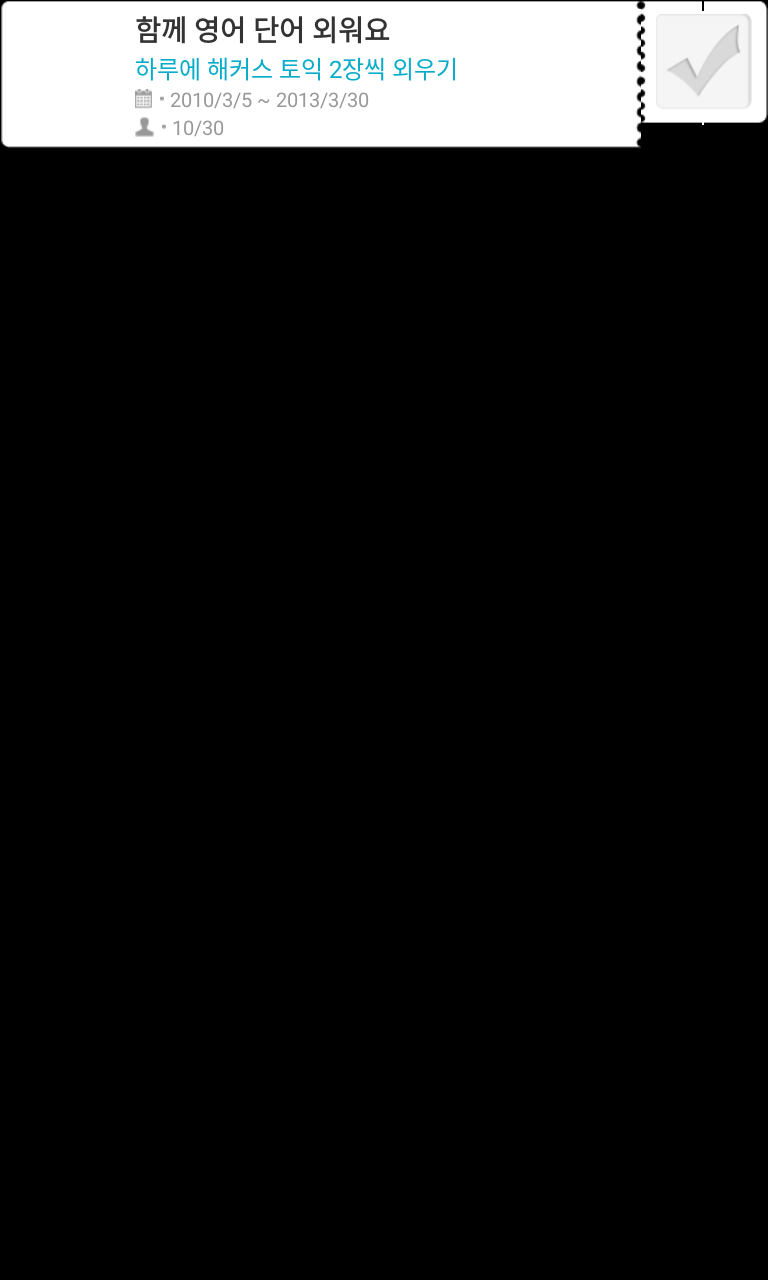
Repository: belhyun/witherest-android
Layout: Witherest/res/layout/mycheck_list_item_row.xml
The author's editor kept a copy of each file at every save. The layout is drawn from the files as they stood at one save, then again after the next save.
It is drawn on a 768 x 1280 px phone screen (xhdpi) without system bars, with theme android:Theme.Holo; the app's code is not run.

Above is the layout before, as saved 2013-07-06 09:40:07.

### Witherest/res/layout/mycheck_list_item_row.xml
<?xml version="1.0" encoding="utf-8"?>
<LinearLayout xmlns:android="http://schemas.android.com/apk/res/android"
    android:layout_width="fill_parent"
    android:layout_height="fill_parent"
    android:paddingTop="0dip"
    android:paddingBottom="0dp" >

    <RelativeLayout
        android:id="@+id/main_contaniner"
        android:layout_width="fill_parent"
        android:layout_height="wrap_content"
        android:clickable="true"
        android:padding="0dp" >

        <RelativeLayout
            android:id="@+id/mycheck_row_left_contaniner"
            android:layout_width="fill_parent"
            android:layout_height="wrap_content"
            android:layout_toLeftOf="@+id/mycheck_row_right_contaniner"
            android:background="@drawable/mycheck_list_row_on_off"
            android:clickable="true"
            android:paddingBottom="4dp"
            android:paddingTop="4dp" >

            <LinearLayout
                android:id="@+id/mycheck_row_thumbnail"
                android:layout_width="wrap_content"
                android:layout_height="wrap_content"
                android:layout_alignParentLeft="true"
                android:layout_centerVertical="true"
                android:layout_marginRight="5dip"
                android:gravity="center" >

                <ImageView
                    android:id="@+id/list_image"
                    android:layout_width="50dip"
                    android:layout_height="50dip"
                    android:layout_marginLeft="3dp"
                    android:layout_marginRight="5dp"
                     />
            </LinearLayout>

            <TextView
                android:id="@+id/mycheck_room_title_textview"
                android:layout_width="fill_parent"
                android:layout_height="wrap_content"
                android:layout_alignTop="@id/mycheck_row_thumbnail"
                android:layout_toRightOf="@id/mycheck_row_thumbnail"
                android:text="함께 영어 단어 외워요"
                android:textColor="#333333"
                android:textSize="14sp"
                android:textStyle="bold"
                />

            <TextView
                android:id="@+id/mycheck_room_purpose_textview"
                android:layout_width="fill_parent"
                android:layout_height="wrap_content"
                android:layout_below="@id/mycheck_room_title_textview"
                android:layout_toRightOf="@id/mycheck_row_thumbnail"
                android:ellipsize="end"
                android:maxLines="1"
                android:text="하루에 해커스 토익 2장씩 외우기"
                android:textColor="#07ACCA"
                android:textSize="12sp" />

            <LinearLayout
                android:id="@+id/mycheck_term_container"
                android:layout_width="fill_parent"
                android:layout_height="wrap_content"
                android:layout_alignParentRight="false"
                android:layout_below="@id/mycheck_room_purpose_textview"
                android:layout_toRightOf="@id/mycheck_row_thumbnail"
                android:gravity="center_vertical"
                android:orientation="horizontal" >

                <ImageView
                    android:layout_width="wrap_content"
                    android:layout_height="wrap_content"
                    android:src="@drawable/main_date_icon_bg" />

                <ImageView
                    android:layout_width="wrap_content"
                    android:layout_height="wrap_content"
                    android:layout_marginLeft="4dp"
                    android:layout_marginRight="3dp"
                    android:src="@drawable/main_dot_bg" />

                <TextView
                    android:id="@+id/mycheck_room_team_textview"
                    android:layout_width="fill_parent"
                    android:layout_height="wrap_content"
                    android:ellipsize="end"
                    android:maxLines="1"
                    android:text="2010/3/5 ~ 2013/3/30"
                    android:textColor="#999999"
                    android:textSize="10sp" />
            </LinearLayout>

            <LinearLayout
                android:layout_width="fill_parent"
                android:layout_height="wrap_content"
                android:layout_alignParentRight="false"
                android:layout_below="@id/mycheck_term_container"
                android:layout_toRightOf="@id/mycheck_row_thumbnail"
                android:gravity="center_vertical"
                android:orientation="horizontal" >

                <ImageView
                    android:layout_width="wrap_content"
                    android:layout_height="wrap_content"
                    android:src="@drawable/main_people_icon_bg" />

                <ImageView
                    android:layout_width="wrap_content"
                    android:layout_height="wrap_content"
                    android:layout_marginLeft="4dp"
                    android:layout_marginRight="3dp"
                    android:src="@drawable/main_dot_bg" />

                <TextView
                    android:id="@+id/mycheck_room_joincount_textview"
                    android:layout_width="fill_parent"
                    android:layout_height="wrap_content"
                    android:ellipsize="end"
                    android:maxLines="1"
                    android:text="10/30"
                    android:textColor="#999999"
                    android:textSize="10sp" />
            </LinearLayout>
        </RelativeLayout>

        <RelativeLayout
            android:id="@id/mycheck_row_right_contaniner"
            android:layout_width="wrap_content"
            android:layout_height="wrap_content"
            android:layout_alignParentRight="true"
            android:layout_alignTop="mycheck_row_left_contaniner"
            android:layout_alignBottom="mycheck_row_left_contaniner"
            android:background="@drawable/main_checkbutton_bg2"
            android:gravity="center"
            android:padding="3dp" >

            <CheckBox
                android:id="@+id/mycheck_check_btn"
                android:layout_width="wrap_content"
                android:layout_height="wrap_content"
                android:background="@drawable/mycheck_check_button_of_off"
                android:button="@drawable/checkbox_bg" />
        </RelativeLayout>


    </RelativeLayout>

     <TextView
            android:id="@+id/alramtime_badge"
            android:layout_width="wrap_content"
            android:layout_height="wrap_content"
            android:layout_alignLeft="@id/main_contaniner"
            android:layout_alignTop="@id/main_contaniner"
            android:background="@drawable/alarm_notice_bg"
            android:gravity="center_horizontal|center_vertical"
            android:textColor="#000000"
            android:textSize = "10sp"
     		android:paddingBottom="4dp"
     		android:paddingLeft = "8dp"
            android:minWidth="25dp"
            android:text="12:39"
             />

    <TextView
            android:id="@+id/mycheck_badge"
            android:layout_width="wrap_content"
            android:layout_height="17dp"
            android:layout_alignRight="@id/main_contaniner"
            android:layout_alignTop="@id/main_contaniner"
            android:background="@drawable/main_checknumber_bg"
            android:padding="0dp"
            android:gravity="center_vertical|center_horizontal"
            android:textColor="#ffffff"
            android:textSize = "12sp"
            android:textStyle="bold"
            android:paddingBottom="20dp"
            android:minWidth="25dp"
            android:text="12"
             />

</LinearLayout>

### Witherest/res/drawable/mycheck_list_row_on_off.xml
<?xml version="1.0" encoding="utf-8"?>
<selector xmlns:android="http://schemas.android.com/apk/res/android">

    <item android:drawable="@drawable/main_checkinformation_btn_off2" android:state_pressed="false" android:state_selected="false"/>
    <item android:drawable="@drawable/main_checkinformation_btn_on2" android:state_pressed="true"/>
    <item android:drawable="@drawable/main_checkinformation_btn_on2" android:state_pressed="false" android:state_selected="true"/>

</selector>

### Witherest/res/drawable/mycheck_check_button_of_off.xml
<?xml version="1.0" encoding="utf-8"?>
<selector
	xmlns:android="http://schemas.android.com/apk/res/android">
    <item
    	android:state_checked="true"
    	android:drawable="@drawable/main_checkbu_btn_on"/>
    <item
    	android:drawable="@drawable/main_checkbu_btn_off"/>
</selector>

### Witherest/res/drawable/checkbox_bg.xml
<?xml version="1.0" encoding="utf-8"?>
<shape xmlns:android="http://schemas.android.com/apk/res/android" >
    <solid android:color="#00ffffff"/>
</shape>

After the next save:
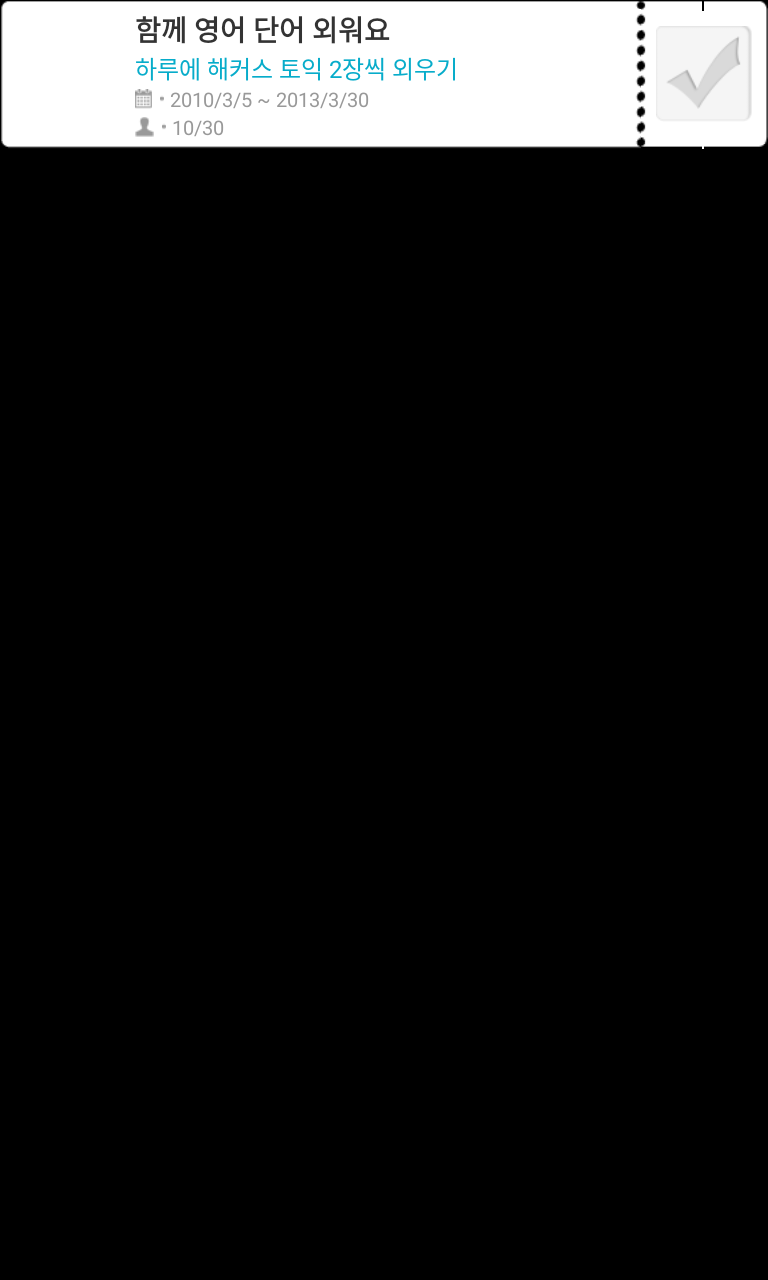
Saved 22 s later.
--- a/Witherest/res/layout/mycheck_list_item_row.xml
+++ b/Witherest/res/layout/mycheck_list_item_row.xml
@@ -135,8 +135,8 @@
             android:layout_width="wrap_content"
             android:layout_height="wrap_content"
             android:layout_alignParentRight="true"
-            android:layout_alignTop="mycheck_row_left_contaniner"
-            android:layout_alignBottom="mycheck_row_left_contaniner"
+            android:layout_alignTop="@id/mycheck_row_left_contaniner"
+            android:layout_alignBottom="@id/mycheck_row_left_contaniner"
             android:background="@drawable/main_checkbutton_bg2"
             android:gravity="center"
             android:padding="3dp" >
